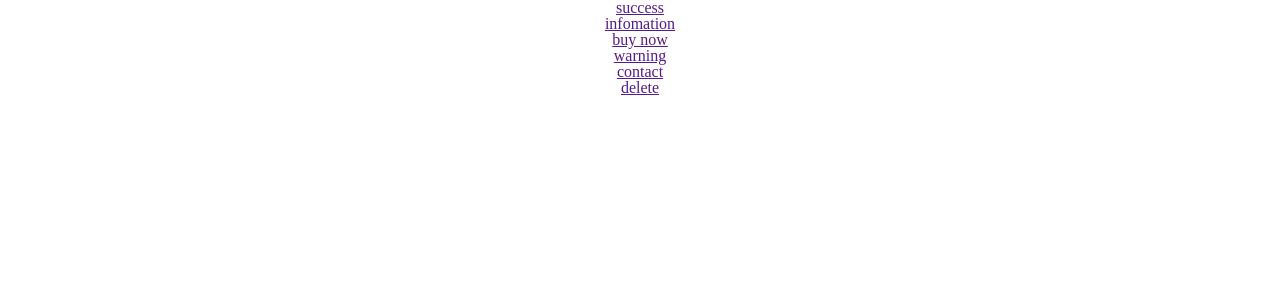
Repository: ThanhPhongsof/Css-Course
Page: index.html
The author's editor kept a copy of each file at every save. The page is drawn from the files as they stood at one save, then again after a run of saves.
The browser window is 1280 px wide. The pictures show the whole page.

Above is the page before, as saved 2022-05-16 08:03:06.

After the next 3 saves:
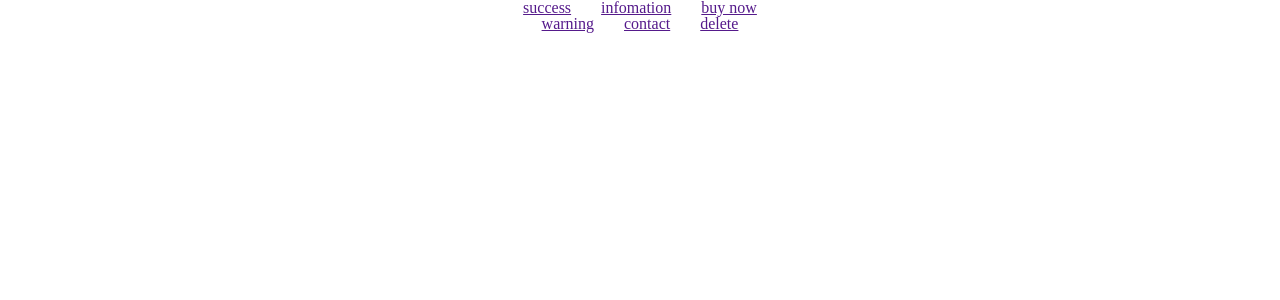
The 3 saves are shown as one change because they came seconds apart.
The last was saved 10 s later.
--- a/styles.css
+++ b/styles.css
@@ -2,8 +2,7 @@
   display: flex;
   align-items: center;
   justify-content: center;
-  flex-direction: column;
-  gap: 20;
+  gap: 30px;
 }
 
 .button {
